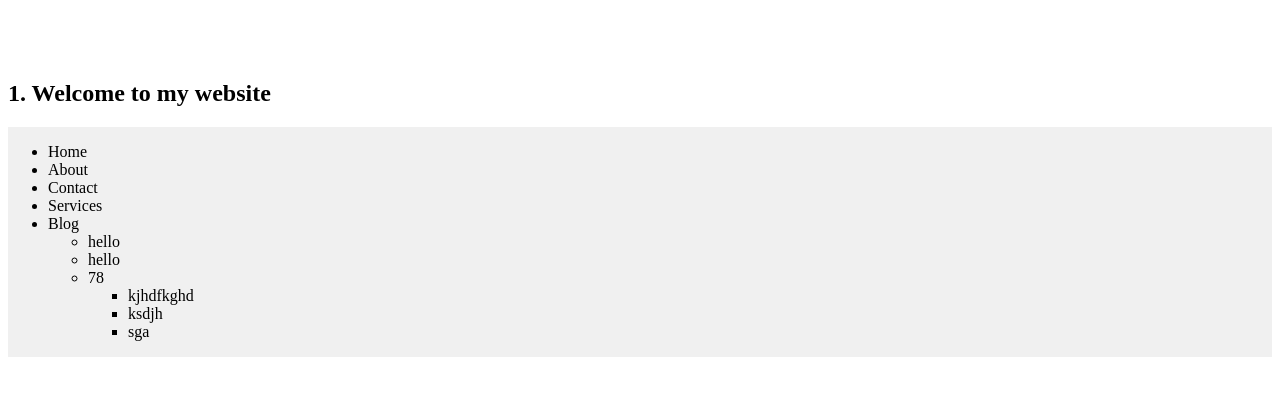
Repository: phulkeshwarmahto/CompleteJS
Page: index.html
The author's editor kept a copy of each file at every save. The page is drawn from the files as they stood at one save, then again after a run of saves.
The browser window is 1280 px wide. The pictures show the whole page.

Above is the page before, as saved 2025-06-25 12:41:23.

### index.html
<!DOCTYPE html>
<html lang="en">
<head>
    <meta charset="UTF-8">
    <meta name="viewport" content="width=device-width, initial-scale=1.0">
    <title>Document</title>
    <link rel="stylesheet" href="style.css">
</head>
<body>
    <h1 style="visibility: hidden;">1. Welcome to my website</h1>
    <h2>1. Welcome to my website</h2>
    <div id="list" ><ul>
        <li>Home</li>
        <li>About</li>
        <li>Contact</li>
        <li>Services</li>
        <li>Blog</li>
        <div name="jsw"><ul><li>
            hello
            <li>hello
                <li>78<ul class="list-unstyled">
                    <li>
                        kjhdfkghd
                    </li>
                    <li>ksdjh</li>
                    <li>sga</li>
                </ul></li>
            </li>
        </li></ul></div>
    </ul></div>
    <!-- <h1 id="myH">I am learning JavaScipt
    </h1>
    <p id="myP">this is an example <p>hello this is me</p></p>
    <p class="para" >today is monday and I am learnig DOM in js</p>
    <button onclick="window.print()">Click here to Print</button>
    <p >this is another paragraph</p>
    <p >this is another paragraph</p> -->
</body>
<script src="first.js">
</script>
<script src="DocumentObjectModel(DOM).js"></script>
</html>

### style.css
#list{
    width: 100%;
    height: 100%;
    overflow: auto;
    background-color: #f0f0f0;

}

### DocumentObjectModel(DOM).js
/* DOM = it is a programming interface for HTML and XML documents.
It represents the structure of a document as a tree of objects, allowing scripts to access and manipulate the content, structure, and style of a document.
The DOM provides a way to interact with the document, allowing developers to create dynamic web pages and applications by modifying the document structure, style, and content in response to user actions or other events.

 The DOM is language-agnostic, meaning it can be used with various programming languages, but it is most commonly associated with JavaScript in web development.
The DOM is a standard that defines the structure and behavior of documents, and it is implemented by web browsers to provide a consistent interface for developers to work with HTML and XML documents.
The DOM is a tree-like structure where each node represents a part of the document, such as an element, attribute, or text content.
The DOM provides methods and properties to traverse the document tree, access and modify elements, attributes, and text content, and respond to events such as user interactions.
The DOM is an essential part of web development, enabling developers to create interactive and dynamic web applications by manipulating the document structure and content in real-time.


/*  structutre of the DOM
+-----------+
|  window   |
+-----------+
     |
+-----------+
| document  |
+-----------+
     |
+-----------+
|   html    |
+-----------+
   /     \
 /         \
v           v
+------+   +------+
| head |   | body |
+------+   +------+
  |          |   \
  |          |    \
  v          v     v
+------+   +------+ +--------+
| meta |   |  div | | script |
+------+   +------+ +--------+
| meta |     |
+------+     v
|title |  +------+------+---+
+------+  | img, h1, p, div |
| link |  +-------------+---+
+------+

all boxes are nodes and also a objects in the DOM.
Each node can have attributes, child nodes, and text content.
*/

// Accessing the global object and document object in the browser environment

// console.dir(window); // window is the global object in the browser environment
// console.dir(document); // document is a property of the window object, representing the DOM of the current page
// console.dir(document.documentElement); // Represents the root element of the document (usually <html>)
// console.dir(document.head); // Represents the <head> element of the document
// console.dir(document.body); // Represents the <body> element of the document

// let word = document.getElementById("myH")
// console.dir(word); // Accessing an element by its ID
// console.dir(word.innerHTML); // Accessing the inner HTML of the element
// console.log(word.tagName); // Logging the tag name of the element (e.g., "H1")

// let elements = document.getElementsByClassName("para");
// console.dir(elements); // Accessing elements by their class name
// console.log(elements); // Logging the HTMLCollection of elements with the class "para"

// let paragraphs = document.getElementsByTagName("p");
// console.dir(paragraphs); // Accessing all <p> elements in the document
// console.log(paragraphs); // Logging the HTMLCollection of <p> elements

// // querySelector and querySelectorAll
// let firstPara = document.querySelector("p"); // Selects the first <p> element in the document
// console.dir(firstPara); // Logging the first <p> element
// console.log(firstPara); // Logging the first <p> element
// let allParas = document.querySelectorAll("p"); // Selects all <p> elements in the document
// console.dir(allParas); // Logging the NodeList of all <p> elements
// console.log(allParas); // Logging the NodeList of all <p> elements

// // element tags?
// console.log(document.body.firstChild); // Accessing the first child of the body element
// console.log(document.body.lastChild); // Accessing the last child of the body element
// let child = document.querySelector("p").children; // Accessing the children of the first paragraph element
// console.dir(child); // Logging the HTMLCollection of children of the first <div> element
// console.log(child); // Logging the HTMLCollection of children of the first <div> element

//
// let div = document.querySelector("div"); // Selecting the first <div> element
// console.dir(div); // Logging the <div> element
// console.log(div); // Logging the <div> element
// console.log(div.innerText) ; // Accessing the inner text of the <div> element
// console.log(div.innerHTML); // Accessing the inner HTML of the <div> element
// console.log(div.textContent); // Accessing the text content of the <div> element even id content is not visible
// // console.log(div.innerText =  "Hello World!"); // Modifying the inner text of the <div> element
// // console.log(div.innerHTML = "<h1>Hello World!</h1>"); // Modifying the inner HTML of the <div> element
// let heading = document.querySelector("h2"); // Selecting the first <h2> element
// console.dir(heading); // Logging the <h2> element
// console.log(heading); // Logging the <h2> element
// console.log(heading.innerText = "2.Welcome to my website"); // Accessing the inner text of the <h2> element
// console.log(heading.innerHTML = "<h1>Welcome to my website</h1>"); // Modifying the inner HTML of the <h2> element

// let heading2 = document.querySelector("h1"); // Selecting the first <h2> element
// console.dir(heading2); // Logging the <h1> element
// console.log(heading2); // Logging the <h1> element
// console.log(heading2.innerText ); // Accessing the inner text of the <h1> element
// console.log("");
// console.log(heading2.textContent); // Modifying the text content of the <h2> element

// let div = document.querySelector("div")
// console.log(div);

// let id = div.getAttribute("id");
// console.log(id);

// let name = div.getAttribute("name");
// console.log(name);

// let setId = div.setAttribute("id","newId");

// console.log(setId); // Setting a new id attribute for the <div> element
// let setName = div.setAttribute("name","newName");
// console.log(setName); // Setting a new name attribute for the <div> element


let div = document.querySelector("div");
console.log(div.style); // Accessing the style property of the <div> element
console.log(div.style.color); // Accessing the color style of the <div> element

Loaded but not shown: first.js (no copy from this time; the picture is the same without it)

After the next 4 saves:
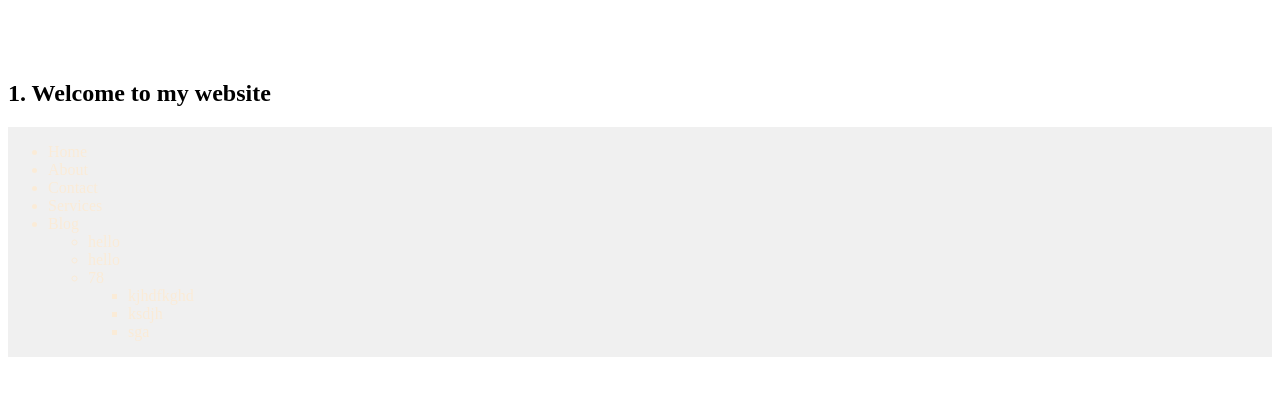
The 4 saves are shown as one change because they came seconds apart.
The last was saved 11 s later.
--- a/style.css
+++ b/style.css
@@ -3,5 +3,6 @@
     height: 100%;
     overflow: auto;
     background-color: #f0f0f0;
+    color: antiquewhite;
 
 }
